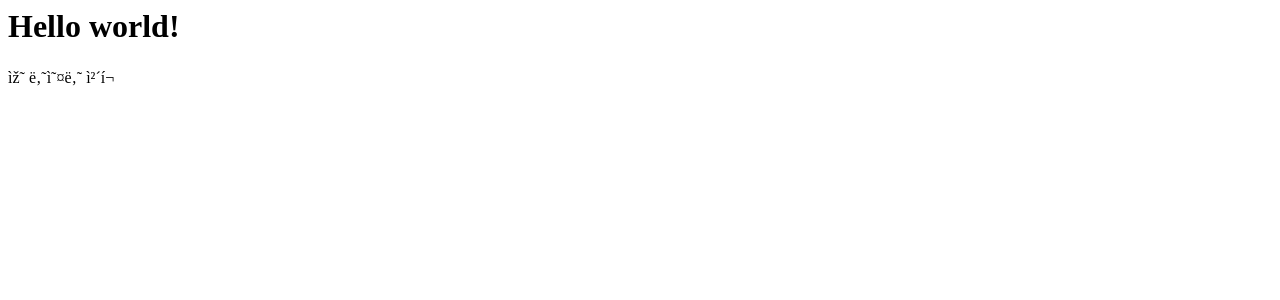
Repository: moondolph/SKKU_IT_Education
Page: http://localhost/Sep29_1_SpringMVC/
These files come from the project's save history. The page is drawn as it stood at one moment and after the next save; the edit follows.
The browser window is 1280 px wide. The pictures show the whole page.
The page is served by Tomcat 9.

Above is the page before, as saved 2022-09-29 02:09:54.

After the next save:
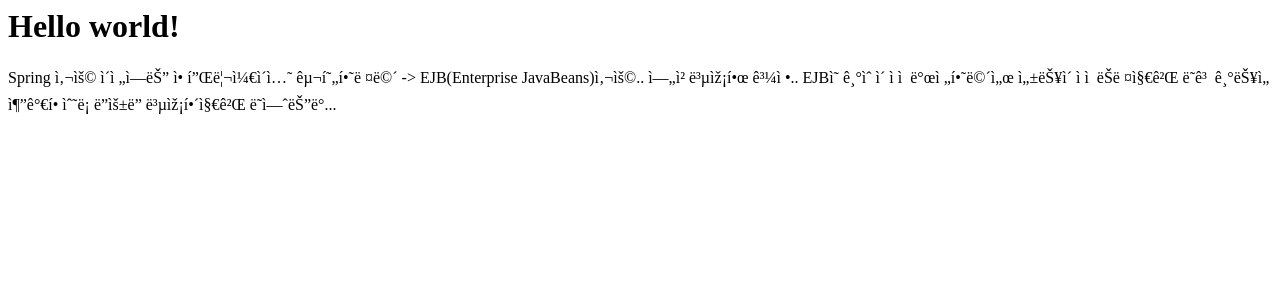
Saved 3 min 14 s later.
--- a/Sep29_1_SpringMVC/src/main/webapp/WEB-INF/views/home.jsp
+++ b/Sep29_1_SpringMVC/src/main/webapp/WEB-INF/views/home.jsp
@@ -9,7 +9,10 @@
 	Hello world!
 </h1>
 
-잘 나오나 체크
+	Spring 사용 이전에는
+	애플리케이션 구현하려면 -> EJB(Enterprise JavaBeans)사용.. 엄청 복잡한 과정..
+	EJB의 기술이 점점 발전하면서 성능이 점점 느려지게 되고 기능을 추가할수록 더욱더 복잡해지게 되었는데...
+
 
 
 </body>
